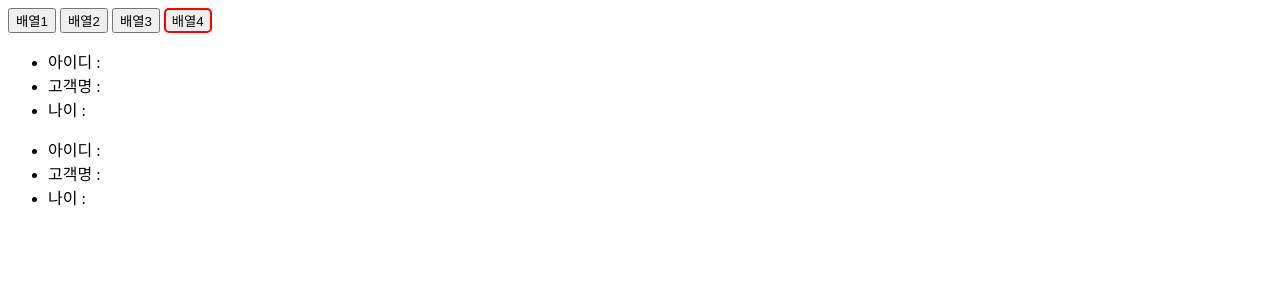
Repository: baeyoomi/version
Page: web/src/main/webapp/array1.html
These files come from the project's save history. The page is drawn as it stood at one moment and after the next save; the edit follows.
The browser window is 1280 px wide. The pictures show the whole page.
After loading, the first visible `input[onclick="bbb()"]` was clicked once.

Above is the page before, as saved 2023-08-09 03:13:15.

After the next save:
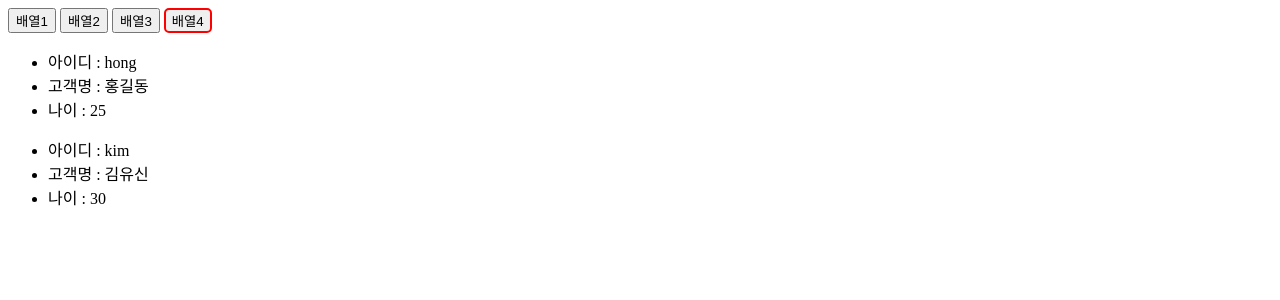
Saved 36 s later.
--- a/web/src/main/webapp/array1.html
+++ b/web/src/main/webapp/array1.html
@@ -61,9 +61,9 @@
 			//console.log(data["myinfo"][w]["id"]);
 			html.innerHTML += `
 			<ul>
-				<li>아이디 : </li>
-				<li>고객명 : </li>
-				<li>나이 : </li>
+				<li>아이디 : `+data["myinfo"][w]["id"]+`</li>
+				<li>고객명 : `+data["myinfo"][w]["name"]+`</li>
+				<li>나이 : `+data["myinfo"][w]["age"]+`</li>
 			</ul>
 			`;   //역외 따옴표 esc 밑에 있는거
 			w++;
